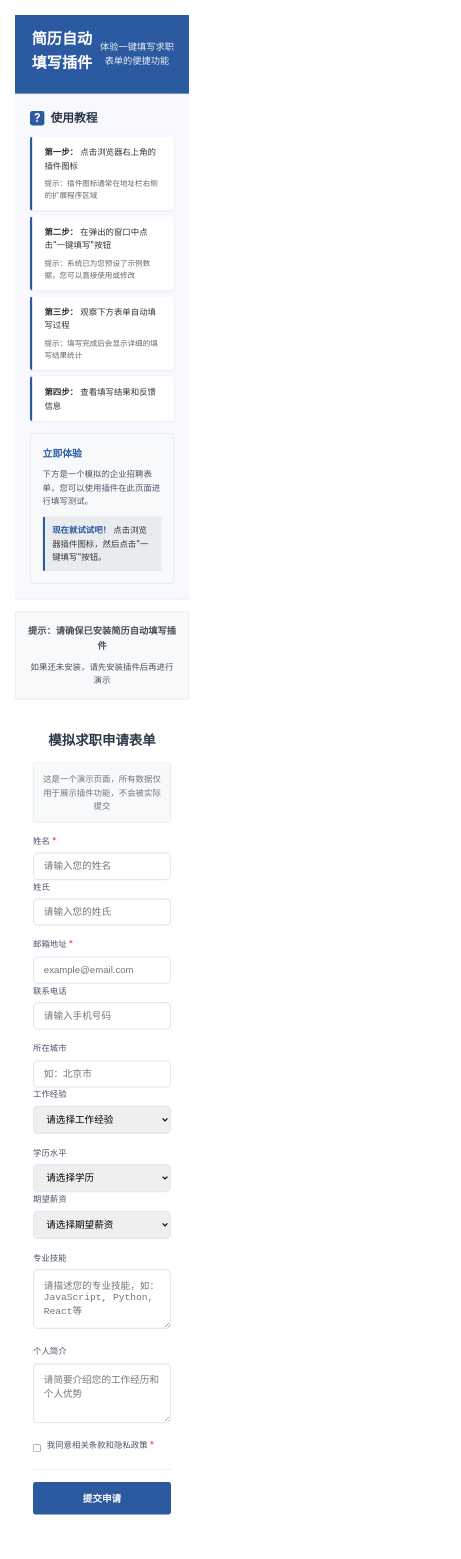
Repository: Zion74/jiancareer-chrome-main-zhn
Page: public/mock-form.html
These files come from the project's save history. The page is drawn as it stood at one moment and after the next save; the edit follows.
The browser window is 768 px wide. The pictures show the whole page, at 60% of full size.

Above is the page before, as saved 2025-09-09 21:52:32.

### public/mock-form.html
<!DOCTYPE html>
<html lang="zh-CN">
<head>
    <meta charset="UTF-8">
    <meta name="viewport" content="width=device-width, initial-scale=1.0">
    <title>简历自动填写插件 - 教学演示页面</title>
    <link rel="stylesheet" href="styles.css">
    <style>
        body {
            font-family: -apple-system, BlinkMacSystemFont, 'Segoe UI', Roboto, sans-serif;
            line-height: 1.6;
            margin: 0;
            padding: 0;
            background: #ffffff;
            min-height: 100vh;
        }

        .container {
            width: 100%;
            margin: 0;
            background: white;
            border-radius: 0;
            box-shadow: none;
            border: none;
            overflow: hidden;
        }

        .header {
            background: #2c5aa0;
            color: white;
            padding: 30px;
            text-align: center;
        }

        .header h1 {
            margin: 0 0 10px 0;
            font-size: 2.2em;
            font-weight: 600;
        }

        .header p {
            margin: 0;
            font-size: 1.1em;
            opacity: 0.9;
        }

        .tutorial-section {
            background: #f8f9ff;
            padding: 25px;
            border-bottom: 1px solid #e1e5e9;
        }

        .tutorial-title {
            color: #2d3748;
            font-size: 1.4em;
            font-weight: 600;
            margin-bottom: 15px;
            display: flex;
            align-items: center;
        }

        .tutorial-icon {
            width: 24px;
            height: 24px;
            margin-right: 10px;
            background: #2c5aa0;
            border-radius: 4px;
            display: flex;
            align-items: center;
            justify-content: center;
            color: white;
            font-weight: bold;
        }

        .tutorial-steps {
            list-style: none;
            padding: 0;
            margin: 0;
        }

        .tutorial-steps li {
            background: white;
            margin: 10px 0;
            padding: 15px 20px;
            border-radius: 4px;
            border-left: 4px solid #2c5aa0;
            box-shadow: 0 1px 3px rgba(0,0,0,0.1);
        }

        .form-section {
            padding: 30px;
        }

        .form-title {
            color: #2d3748;
            font-size: 1.6em;
            font-weight: 600;
            margin-bottom: 20px;
            text-align: center;
        }

        .form-group {
            margin-bottom: 20px;
        }

        .form-row {
            display: flex;
            gap: 15px;
            margin-bottom: 20px;
        }

        .form-row .form-group {
            flex: 1;
            margin-bottom: 0;
        }

        label {
            display: block;
            margin-bottom: 8px;
            font-weight: 500;
            color: #4a5568;
        }

        .required {
            color: #e53e3e;
        }

        input[type="text"],
        input[type="email"],
        input[type="tel"],
        select,
        textarea {
            width: 100%;
            padding: 12px 16px;
            border: 2px solid #e2e8f0;
            border-radius: 8px;
            font-size: 16px;
            transition: all 0.3s ease;
            box-sizing: border-box;
        }

        input:focus,
        select:focus,
        textarea:focus {
            outline: none;
            border-color: #2c5aa0;
            box-shadow: 0 0 0 2px rgba(44, 90, 160, 0.1);
        }

        select {
            cursor: pointer;
        }

        textarea {
            resize: vertical;
            min-height: 100px;
        }

        .checkbox-group {
            display: flex;
            align-items: center;
            margin: 20px 0;
        }

        .checkbox-group input[type="checkbox"] {
            width: auto;
            margin-right: 10px;
        }

        .submit-section {
            text-align: center;
            padding: 20px 0;
            border-top: 1px solid #e2e8f0;
        }

        .btn {
            background: #2c5aa0;
            color: white;
            border: none;
            padding: 15px 40px;
            border-radius: 4px;
            font-size: 16px;
            font-weight: 600;
            cursor: pointer;
            transition: all 0.3s ease;
        }

        .btn:hover {
            background: #1e3d6f;
        }

        .demo-notice {
            background: #f8f9fa;
            border: 1px solid #dee2e6;
            color: #6c757d;
            padding: 15px;
            border-radius: 4px;
            margin: 20px 0;
            text-align: center;
            font-weight: 500;
        }

        .extension-hint {
            background: #f8f9fa;
            border: 1px solid #dee2e6;
            color: #495057;
            padding: 20px;
            border-radius: 4px;
            margin: 20px 0;
            text-align: center;
        }

        .extension-hint strong {
            display: block;
            font-size: 1.1em;
            margin-bottom: 10px;
        }

        @media (max-width: 768px) {
            .form-row {
                flex-direction: column;
                gap: 0;
            }

            .container {
                margin: 10px;
                border-radius: 8px;
            }

            .header {
                padding: 20px;
            }

            .header h1 {
                font-size: 1.8em;
            }
        }
    </style>
</head>
<body>
    <div class="container">
        <div class="header">
            <h1>简历自动填写插件</h1>
            <p>体验一键填写求职表单的便捷功能</p>
        </div>

        <div class="tutorial-section">
            <div class="tutorial-title">
                <div class="tutorial-icon">?</div>
                使用教程
            </div>
            <ol class="tutorial-steps">
                <li><strong>第一步：</strong> 点击浏览器右上角的插件图标
                    <div style="margin-top: 8px; color: #666; font-size: 0.9em;">提示：插件图标通常在地址栏右侧的扩展程序区域</div>
                </li>
                <li><strong>第二步：</strong> 在弹出的窗口中点击"一键填写"按钮
                    <div style="margin-top: 8px; color: #666; font-size: 0.9em;">提示：系统已为您预设了示例数据，您可以直接使用或修改</div>
                </li>
                <li><strong>第三步：</strong> 观察下方表单自动填写过程
                    <div style="margin-top: 8px; color: #666; font-size: 0.9em;">提示：填写完成后会显示详细的填写结果统计</div>
                </li>
                <li><strong>第四步：</strong> 查看填写结果和反馈信息</li>
            </ol>

            <div style="background: #f8f9fa; border: 1px solid #dee2e6; border-radius: 4px; padding: 20px; margin-top: 20px;">
                <h3 style="margin: 0 0 10px 0; color: #2c5aa0;">立即体验</h3>
                <p style="margin: 0 0 15px 0; color: #4a5568;">下方是一个模拟的企业招聘表单，您可以使用插件在此页面进行填写测试。</p>
                <div style="background: #e9ecef; padding: 12px; border-radius: 4px; border-left: 4px solid #2c5aa0;">
                    <strong style="color: #2c5aa0;">现在就试试吧！</strong> 点击浏览器插件图标，然后点击"一键填写"按钮。
                </div>
            </div>
        </div>

        <div class="extension-hint">
            <strong>提示：请确保已安装简历自动填写插件</strong>
            如果还未安装，请先安装插件后再进行演示
        </div>

        <div class="form-section">
            <h2 class="form-title">模拟求职申请表单</h2>

            <div class="demo-notice">
                这是一个演示页面，所有数据仅用于展示插件功能，不会被实际提交
            </div>

            <form id="demo-form" action="#" method="post">
                <div class="form-row">
                    <div class="form-group">
                        <label for="firstName">姓名 <span class="required">*</span></label>
                        <input type="text" id="firstName" name="firstName" placeholder="请输入您的姓名" required>
                    </div>
                    <div class="form-group">
                        <label for="lastName">姓氏</label>
                        <input type="text" id="lastName" name="lastName" placeholder="请输入您的姓氏">
                    </div>
                </div>

                <div class="form-row">
                    <div class="form-group">
                        <label for="email">邮箱地址 <span class="required">*</span></label>
                        <input type="email" id="email" name="email" placeholder="example@email.com" required>
                    </div>
                    <div class="form-group">
                        <label for="phone">联系电话</label>
                        <input type="tel" id="phone" name="phone" placeholder="请输入手机号码">
                    </div>
                </div>

                <div class="form-row">
                    <div class="form-group">
                        <label for="location">所在城市</label>
                        <input type="text" id="location" name="location" placeholder="如：北京市">
                    </div>
                    <div class="form-group">
                        <label for="experience">工作经验</label>
                        <select id="experience" name="experience">
                            <option value="">请选择工作经验</option>
                            <option value="0-1">0-1年</option>
                            <option value="1-3">1-3年</option>
                            <option value="3-5">3-5年</option>
                            <option value="5-10">5-10年</option>
                            <option value="10+">10年以上</option>
                        </select>
                    </div>
                </div>

                <div class="form-row">
                    <div class="form-group">
                        <label for="education">学历水平</label>
                        <select id="education" name="education">
                            <option value="">请选择学历</option>
                            <option value="高中">高中</option>
                            <option value="大专">大专</option>
                            <option value="本科">本科</option>
                            <option value="硕士">硕士</option>
                            <option value="博士">博士</option>
                        </select>
                    </div>
                    <div class="form-group">
                        <label for="salary">期望薪资</label>
                        <select id="salary" name="salary">
                            <option value="">请选择期望薪资</option>
                            <option value="5k-8k">5K-8K</option>
                            <option value="8k-12k">8K-12K</option>
                            <option value="12k-18k">12K-18K</option>
                            <option value="18k-25k">18K-25K</option>
                            <option value="25k+">25K以上</option>
                        </select>
                    </div>
                </div>

                <div class="form-group">
                    <label for="skills">专业技能</label>
                    <textarea id="skills" name="skills" placeholder="请描述您的专业技能，如：JavaScript, Python, React等"></textarea>
                </div>

                <div class="form-group">
                    <label for="introduction">个人简介</label>
                    <textarea id="introduction" name="introduction" placeholder="请简要介绍您的工作经历和个人优势"></textarea>
                </div>

                <div class="checkbox-group">
                    <input type="checkbox" id="agree" name="agree" required>
                    <label for="agree">我同意相关条款和隐私政策 <span class="required">*</span></label>
                </div>

                <div class="submit-section">
                    <button type="submit" class="btn">提交申请</button>
                </div>
            </form>
        </div>
    </div>

    <script>
        // 监听来自插件的消息
        window.addEventListener('message', function(event) {
            if (event.data.type === 'SJ_DETECT_V1') {
                // 响应插件的检测消息
                event.source.postMessage({
                    type: 'SJ_ACK_V1',
                    success: true,
                    message: '页面已准备好进行自动填写演示'
                }, '*');
            }

            if (event.data.source === 'JIANCAREER_EXTENSION') {
                console.log('收到插件消息:', event.data);

                if (event.data.type === 'TUTORIAL_DEMO') {
                    // 处理教程演示消息
                    showTutorialMessage('插件正在演示自动填写功能...', 'info');
                } else if (event.data.type === 'AUTOFILL_COMPLETE') {
                    // 处理填写完成消息
                    const result = event.data.result;
                    let message = '';
                    let type = 'success';

                    if (result.success) {
                        message = `填写完成！成功填写 ${result.filled}/${result.total} 个字段`;
                        if (result.filled === result.total) {
                            message += ' 🎉';
                        }
                    } else {
                        message = `填写失败：${result.error || '未知错误'}`;
                        type = 'error';
                    }

                    showTutorialMessage(message, type);

                    // 如果填写成功，显示额外的成功提示
                    if (result.success && result.filled > 0) {
                        setTimeout(() => {
                            alert(`恭喜！插件已成功帮您填写了表单。\n\n填写详情：\n- 成功填写：${result.filled} 个字段\n- 总字段数：${result.total} 个\n\n您现在可以检查填写的内容，然后提交表单。`);
                        }, 1000);
                    }
                }
            }
        });

        function showTutorialMessage(message, type = 'info') {
            const colors = {
                info: '#2196F3',
                success: '#4CAF50',
                error: '#f44336',
                warning: '#ff9800'
            };

            const messageDiv = document.createElement('div');
            messageDiv.style.cssText = `
                position: fixed;
                top: 20px;
                right: 20px;
                background: ${colors[type] || colors.info};
                color: white;
                padding: 15px 20px;
                border-radius: 8px;
                box-shadow: 0 4px 12px rgba(0,0,0,0.15);
                z-index: 10000;
                font-family: -apple-system, BlinkMacSystemFont, 'Segoe UI', Roboto, sans-serif;
                font-size: 14px;
                max-width: 300px;
                word-wrap: break-word;
                animation: slideIn 0.3s ease-out;
            `;

            // 添加动画样式
            if (!document.getElementById('message-animation-style')) {
                const style = document.createElement('style');
                style.id = 'message-animation-style';
                style.textContent = `
                    @keyframes slideIn {
                        from {
                            transform: translateX(100%);
                            opacity: 0;
                        }
                        to {
                            transform: translateX(0);
                            opacity: 1;
                        }
                    }
                `;
                document.head.appendChild(style);
            }

            messageDiv.textContent = message;
            document.body.appendChild(messageDiv);

            setTimeout(() => {
                if (document.body.contains(messageDiv)) {
                    messageDiv.style.animation = 'slideIn 0.3s ease-out reverse';
                    setTimeout(() => {
                        if (document.body.contains(messageDiv)) {
                            document.body.removeChild(messageDiv);
                        }
                    }, 300);
                }
            }, type === 'error' ? 5000 : 3000);
        }

        // 表单提交处理
        document.getElementById('demo-form').addEventListener('submit', function(e) {
            e.preventDefault();
            alert('🎉 演示完成！\n\n这是一个演示页面，表单数据不会被实际提交。\n\n感谢您体验简历自动填写插件！');
        });

        // 页面加载完成后发送准备就绪消息
        window.addEventListener('load', function() {
            console.log('[Mock Form] 教学演示页面已加载完成');

            // 向插件发送页面准备就绪的消息
            if (window.chrome && window.chrome.runtime) {
                try {
                    window.chrome.runtime.sendMessage({
                        type: 'PAGE_READY',
                        url: window.location.href,
                        title: document.title
                    });
                } catch (error) {
                    console.log('[Mock Form] 插件通信失败，这是正常现象（在非插件环境中）');
                }
            }
        });

        // 添加表单字段变化监听，用于演示
        const formInputs = document.querySelectorAll('input, select, textarea');
        formInputs.forEach(input => {
            input.addEventListener('input', function() {
                // 添加填写动画效果
                this.style.backgroundColor = '#e8f5e8';
                setTimeout(() => {
                    this.style.backgroundColor = '';
                }, 1000);
            });
        });
    </script>
</body>
</html>

Loaded but not shown: public/styles.css (1105 lines, source omitted)

After the next save:
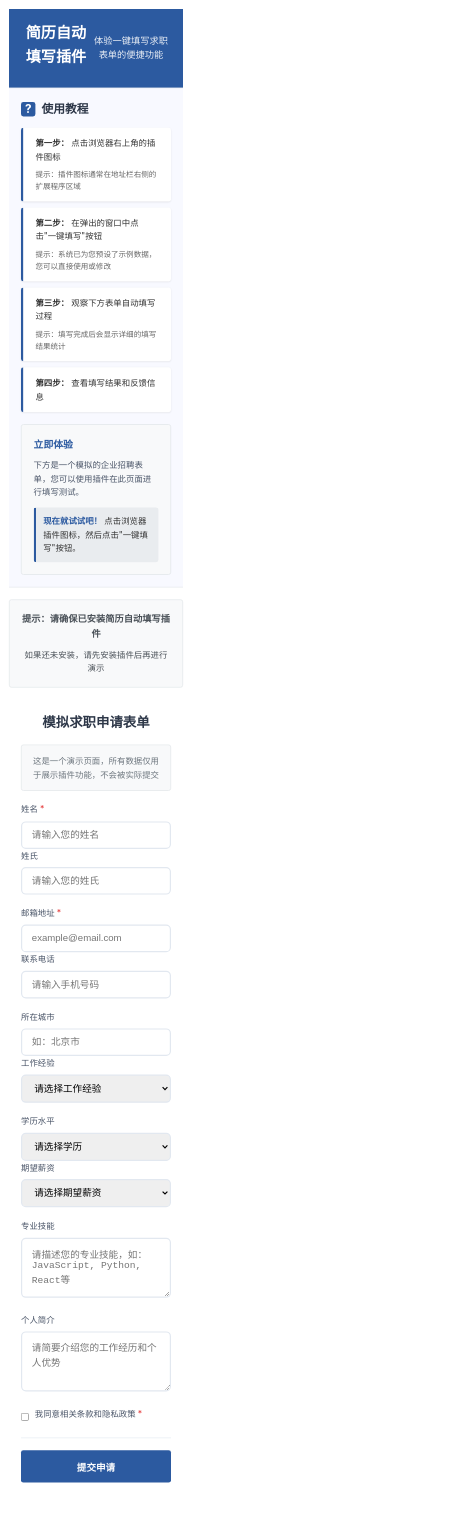
Saved 15 s later.
--- a/public/mock-form.html
+++ b/public/mock-form.html
@@ -223,8 +223,8 @@
             }
 
             .container {
-                margin: 10px;
-                border-radius: 8px;
+                margin: 0;
+                border-radius: 0;
             }
 
             .header {
@@ -233,6 +233,14 @@
 
             .header h1 {
                 font-size: 1.8em;
+            }
+
+            .form-section {
+                padding: 20px;
+            }
+
+            .tutorial-section {
+                padding: 20px;
             }
         }
     </style>
